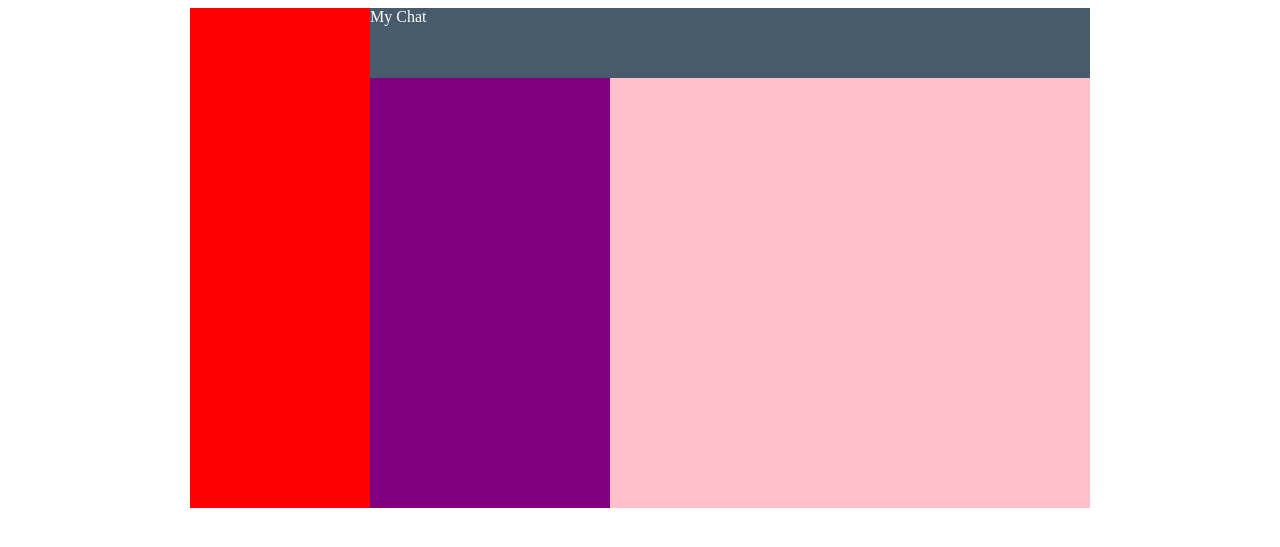
Repository: chathura226/SeekWork_Group_Project_I
Page: http://localhost/
These files come from the project's save history. The page is drawn as it stood at one moment and after the next save; the edit follows.
The browser window is 1280 px wide. The pictures show the whole page.
The page is run by PHP 8.4 with error messages shown; the project is at /var/www/html/.

Above is the page before, as saved 2023-12-01 16:23:40.

### chat/index.php
<!DOCTYPE html>
<html>
    <head>
        <title>Chat</title>

    </head>
    <style type="text/css">

        #wrapper{

            max-width: 900px;
            min-height: 500px;
            display: flex;
            margin:auto;
            color:white;

        }

        #left_pannel{
            min-height: 400px;
            background-color: red;
            flex:1;


        }

        #right_pannel{
            min-height: 500px;
            background-color: green;
            flex:4;

        }

        #header{
            background-color: #485b6c;
            height: 70px;

        }

        #inner_left_pannel{
            background-color:purple;
            flex:1;
            min-height:430px


        }

        #inner_right_pannel{
            background-color:pink;
            flex:2;
            min-height:430px;


        }




    </style>
    <body>
        <div id="wrapper">

           <div id="left_pannel">

           </div>
           <div id="right_pannel">
              <div id="header" >My Chat</div>
                <div id="container"  style="display: flex">
                    <div id="inner_left_pannel"></div>
                    <div id="inner_right_pannel"></div>
                </div>
           </div>



        </div>


    </body>
</html>

After the next save:
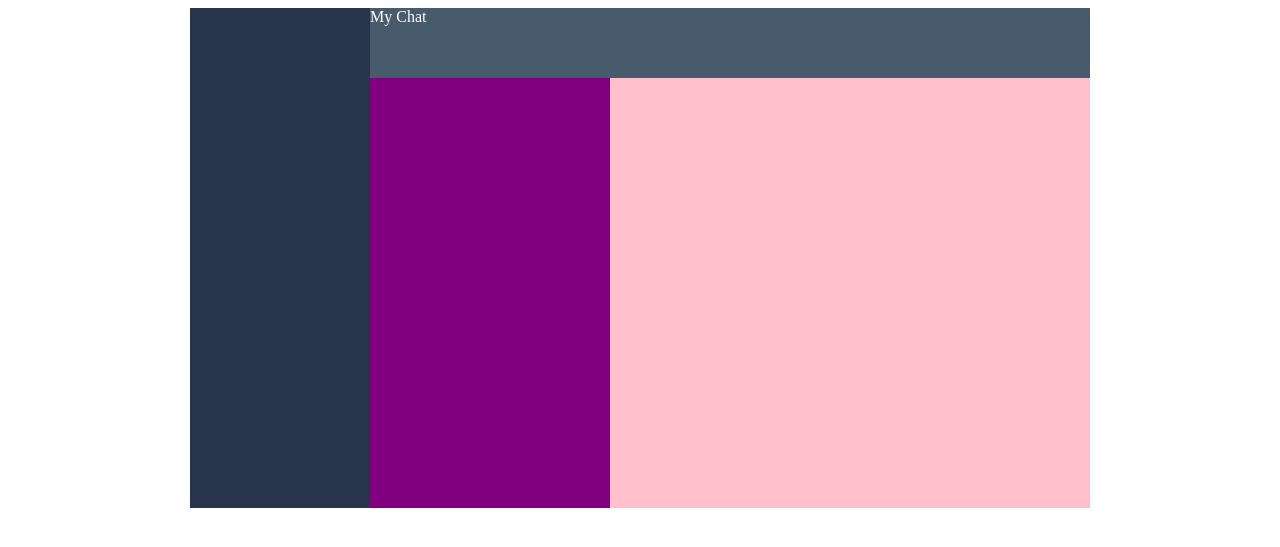
Saved 32 s later.
--- a/chat/index.php
+++ b/chat/index.php
@@ -18,7 +18,7 @@
 
         #left_pannel{
             min-height: 400px;
-            background-color: red;
+            background-color: #27344b;
             flex:1;
 
 
